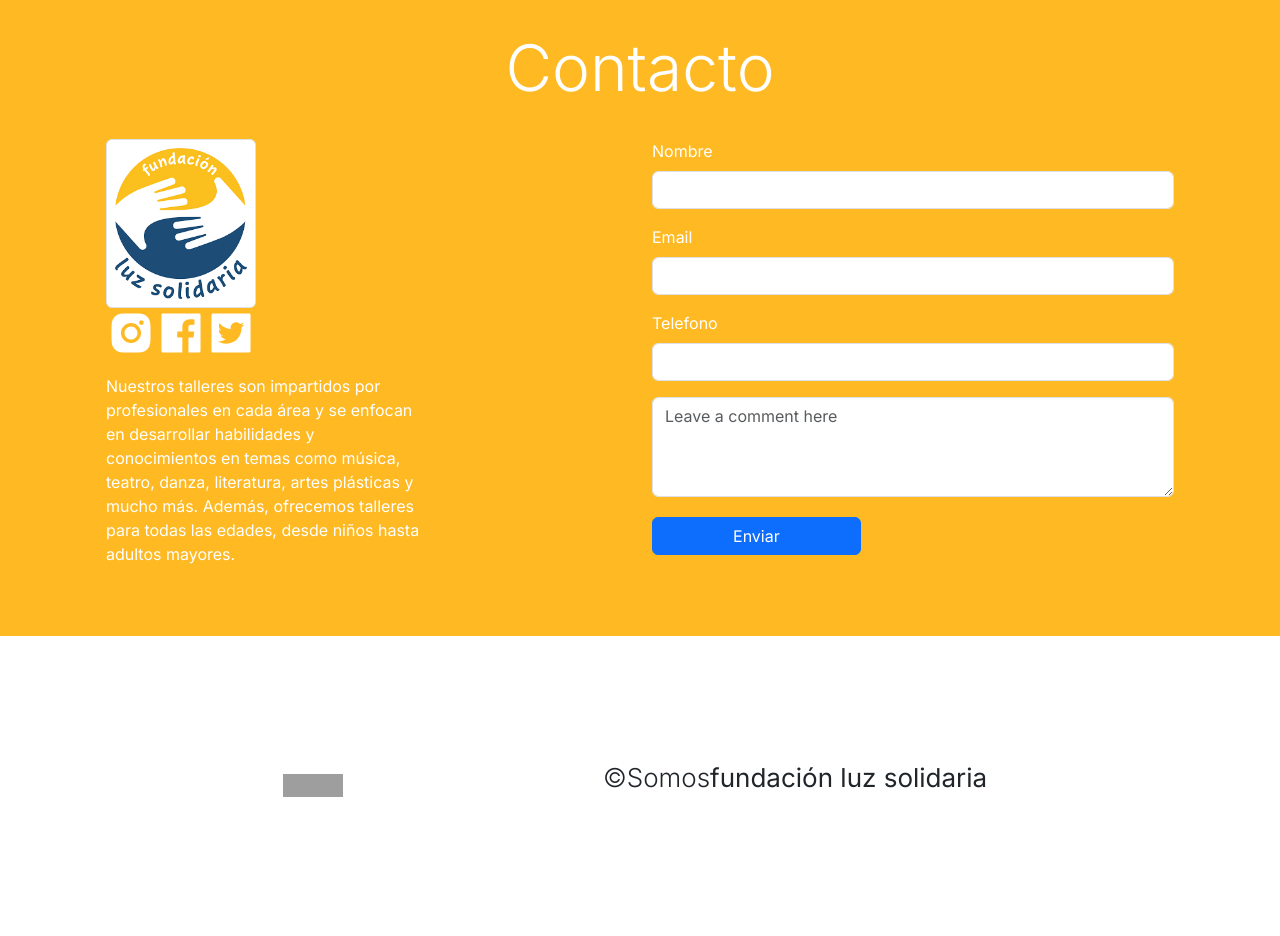
Repository: JtoralesK/dwf11
Page: /
The author's editor kept a copy of each file at every save. The page is drawn from the files as they stood at one save, then again after the next save.
The browser window is 1280 px wide. The pictures show the whole page.
Pictures or frames that could not be fetched are drawn as grey boxes. The project was rebuilt for these pictures with package versions that can differ from the ones it lists, and the page was loaded fresh each time. The framework's server and built-in components were replaced by stand-ins that run in the browser. Also part of the build but not shown: next.config.js.

Above is the page before, as saved 2023-05-31 19:05:48.

### src/app/layout.tsx
import './globals.css'
import { Inter } from 'next/font/google'

const inter = Inter({ subsets: ['latin'] })

export const metadata = {
  title: 'Create Next App',
  description: 'Generated by create next app',
}

export default function RootLayout({
  children,
}: {
  children: React.ReactNode
}) {
  return (
    <html lang="en">

      <body className={inter.className}>{children}</body>
    </html>
  )
}

### src/app/page.tsx
import Image from "next/image";
import styles from "./page.module.css";
import { Contacto } from "./components/contacto";
import { Footer } from "./components/footer";
export default function Home() {
  return (
    <>
      <Contacto />
      <Footer/>
    </>
  );
}

### src/app/components/contacto/index.tsx
import "bootstrap/dist/css/bootstrap.min.css";
import { SectionInputs } from "./sectionInput";
import { FaBeer } from "react-icons/fa";
import {
  AiFillInstagram,
  AiFillFacebook,
  AiFillTwitterSquare,
} from "react-icons/ai";

export function Contacto() {
  return (
    <>
      <div
        style={{
          backgroundColor: "#ffb923",
          color: "white",
          padding: "30px",
        }}
      >
        <div className="container-sm text-center ">
          <h1 className="font-weight-bold display-3">Contacto</h1>
          <div className="row p-lg-4">
            <div className="col-sm-16 col-md-6 text-center ">
              <div className=" d-md-flex flex-column d-none">
                <img
                  src="data:[embedded picture, 9291 characters]
            BU5I/166HRl7DM0JHd93otkupwE9wh+8Q4HuTkd/vz/99LosEf7UOF1LGvesnj8LX1fZVn3s7jZfh5drVp8XZWG/h8zs0VCdp8KmQAAAABJRU5ErkJggg=="
                  className="img-thumbnail rounded float-start p-2"
                  style={{ width: "150px" }}
                  alt="..."
                ></img>
                <div
                  className="d-flex flex-row mb-3 justify-content-around "
                  style={{ width: "150px" }}
                >
                  <AiFillInstagram size={"50px"} />
                  <AiFillFacebook size={"50px"} />
                  <AiFillTwitterSquare size={"50px"} />
                </div>
                <div style={{ width: "60%" }}>
                  <p className="text-start">
                    Nuestros talleres son impartidos por profesionales en cada
                    área y se enfocan en desarrollar habilidades y conocimientos
                    en temas como música, teatro, danza, literatura, artes
                    plásticas y mucho más. Además, ofrecemos talleres para todas
                    las edades, desde niños hasta adultos mayores.
                  </p>
                </div>
              </div>
            </div>
            <div className="col-sm-16 col-md-6 text-center ">
              <SectionInputs />
            </div>
          </div>
        </div>
      </div>
    </>
  );
}

### src/app/components/footer/index.tsx
import React from 'react'
import "./style.css";

export const Footer = () => {
  return (
    <footer className="footer">
    <div className="contenedor-footer">
        <div className="redes-sociales">
            <img src={"/image/facebook.png"} className="link-redes_sociales" ></img>
            <img src={"/image/instagram.png"} className="link-redes_sociales" ></img>

        </div>
        <div className="footer-text">
            <p className="title-copy">  &copy;Somos<strong>fundación luz solidaria</strong></p>
        </div>
    </div>
  </footer>
  )
}

### src/app/components/contacto/sectionInput.tsx
import "bootstrap/dist/css/bootstrap.min.css";

export function SectionInputs() {
  const style = {
    margin: "20px 0",
    width: "40%",
    "@media (min-width: 768px)": {
      width: "40%",
    },
  } as React.CSSProperties;
  return (
    <>
      <form className="d-flex flex-column text-start" style={{ width: "100%" }}>
        <div className="mb-3">
          <label className="form-label">
            <p style={{ margin: "0" }}>Nombre</p>
          </label>
          <input
            type="text"
            className="form-control"
            id="exampleInputEmail1"
            aria-describedby="emailHelp"
          />
        </div>
        <div className="mb-3">
          <label className="form-label">
            <p style={{ margin: "0" }}>Email</p>
          </label>
          <input
            type="email"
            className="form-control"
            id="exampleInputPassword1"
          />
        </div>
        <div className="mb-3">
          <label className="form-label">
            <p style={{ margin: "0" }}>Telefono</p>
          </label>
          <input
            type="email"
            className="form-control"
            id="exampleInputPassword1"
          />
        </div>
        <textarea
          className="form-control"
          style={{ height: "100px" }}
          placeholder="Leave a comment here"
          id="floatingTextarea"
        ></textarea>
        <button
          style={style}
          type="submit"
          className="btn btn-primary w-md-auto"
        >
          Enviar
        </button>
      </form>
    </>
  );
}

### src/app/components/footer/style.css
.footer{
    height: 300px;
    display: flex;
    line-height: 7px;
    text-align: center;
    font-size: 22px;
    background-color: #fff;
}

.contenedor-footer {
    display: flex;
    justify-content:center;
    align-items: center;
    margin: 10px auto;

}
.footer-text{
    display: flex;
    justify-content: center;
    align-items: center;
    padding: 10px;
}
.redes-sociales{
    margin-right: 250px;
}
.title-copy {
    text-align: center;
    font-size: 26px;
    font-weight: 300;
}
.link-redes_sociales{
    width: 30px;
}

Loaded but not shown: src/app/globals.css (common file)

After the next save:
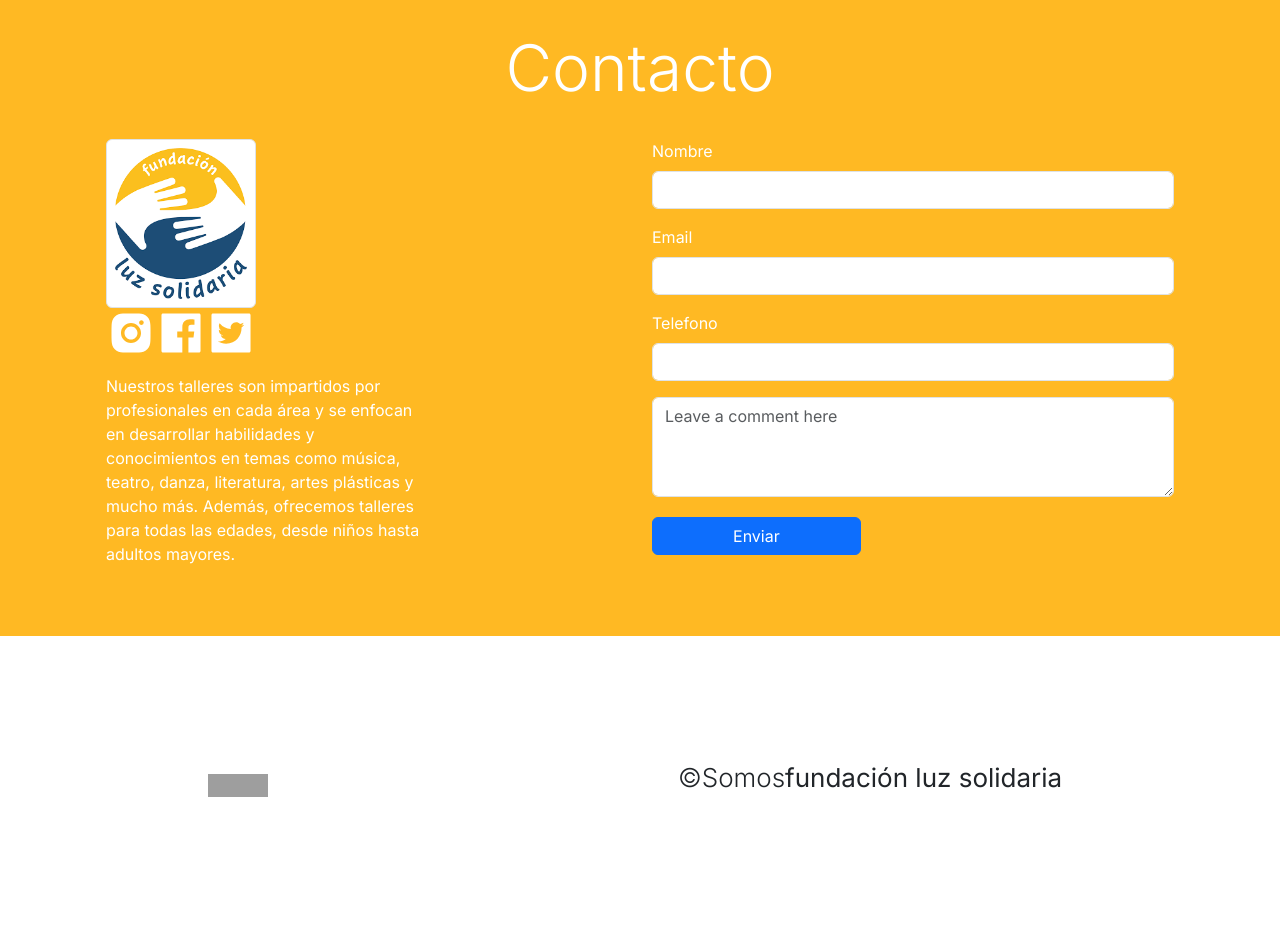
Saved 21 s later.
--- a/src/app/components/footer/style.css
+++ b/src/app/components/footer/style.css
@@ -21,7 +21,7 @@
     padding: 10px;
 }
 .redes-sociales{
-    margin-right: 250px;
+    margin-right: 400px;
 }
 .title-copy {
     text-align: center;
